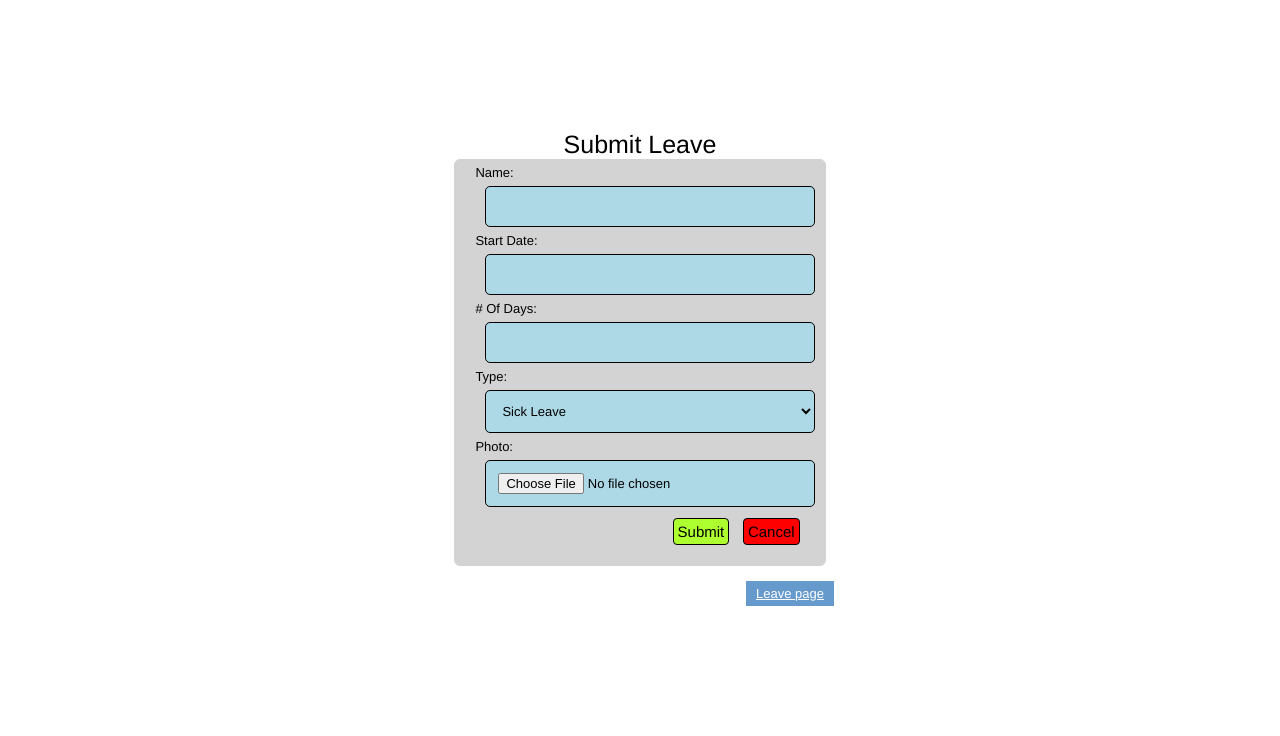
Repository: Murad71/BasicCRUD
Page: index.html
The author's editor kept a copy of each file at every save. The page is drawn from the files as they stood at one save, then again after the next save.
The browser window is 1280 px wide. The pictures show the whole page.

Above is the page before, as saved 2023-04-18 21:40:44.

### index.html
<!DOCTYPE html>
<html lang="en">
  <head>
    <meta charset="UTF-8" />
    <meta http-equiv="X-UA-Compatible" content="IE=edge" />
    <meta name="viewport" content="width=device-width, initial-scale=1.0" />
    <link rel="stylesheet" href="index.css" />
    <title>Leave Request</title>
  </head>
  <body>
    <div class="flex1">
      <form id="form1">
        <header>Submit Leave</header>
        <div class="container">
          <label for="name">Name:</label>
          <input type="text" id="name" name="name" />
          <br />
          <label for="startdate">Start Date:</label>
          <input type="text" id="startdate" name="startdate" />
          <br />
          <label for="days"># Of Days:</label>
          <input type="text" id="days" name="days" />
          <br />
          <label for="leaves">Type:</label>
          <select id="leave" name="leaves" required>
            <option value="Sick leave">Sick Leave</option>
            <option value="Early leave">Early Leave</option>
            <option value="Vacation leave">Vacation Leave</option>
            <option value="Other">Other</option>
          </select>
          <br />
          <label for="photo">Photo:</label>
          <input type="file" id="photo" name="photo"/>
          <div class="button-container">
            <input type="submit" value="Submit" id="submitButton"/>
            <input type="reset" value="Cancel" class="cancel" />
          </div>
        </div>
      </form>
      <div class="anchorContainer">
        <a href="index1.html"> Leave page</a>
        <!--Added the hyperlink here-->
      </div>
    </div>
    <script src="script.js"></script>
  </body>
</html>

### index.css
* {
  box-sizing: border-box;
  font-family: "Franklin Gothic Medium", "Arial Narrow", Arial, sans-serif;
  font-size: small;
}

.flex1
{
  align-items: center;
  display: flex;
  justify-content: center;
  height: 100vh;
  flex-direction: column;

}

.container {
  background-color: lightgray;
  padding: 5px 20px 15px 20px;
  border: 1px solid lightgray;
  border-radius: 6px;
  flex-direction: column;
  margin-bottom: 15px;
  width: 100%;
}

header {
  font-size: 25px;
  text-align: center;
}

input[type="text"],
input[type="file"],
select,
textarea {
  width: 100%;
  padding: 12px;
  margin: 6px;
  border: 1px solid;
  border-radius: 5px;
  margin-left: 10px;
  background-color: lightblue;
}

.button-container {
  text-align: right;
}

input[type="submit"],
input[type="reset"] {
  font-size: 15px;
  border: 1px solid;
  margin: 5px;
  padding: 4px;
  background-color: greenyellow;
  border-radius: 4px;
}

input[type="reset"].cancel {
  background-color: red;
}

.anchorContainer {
  margin-left: 300px;
}

a {
  display: inline-block;
  background: #69c;
  color: #fff;
  padding: 5px 10px;
}

### script.js
let storage=JSON.parse(localStorage.getItem('store')) || [];
let index=JSON.parse(localStorage.getItem('rIndex')) || null;
const submitButtonCatch=document.getElementById("submitButton");
const img= new Image();

//after clicking the submit button
submitButtonCatch.addEventListener("click",() =>{
    const form=document.getElementById("form1");
    let object={};
    let flag=true;

    object["id"]= Date.now();
    for(let i=0;i<form.length;i++)
    {
        if(form.elements[i].name=="photo")
        {
            object[form.elements[i].name]= img.src;
        }
        else
        {
            object[form.elements[i].name]=form.elements[i].value;
        }
        if(form.elements[i].value=='')
        {
            flag=false;
            alert("WARNING: Fill all the given Input correctly.");
            break;
        }
        if(form.elements[i].name=="days" && (form.elements[i].value>7 || form.elements[i].value<1))
        {
            flag=false;
            alert("WARNING: Enter a valid number for vacation");
            break;
        }
    }

    if(flag)
    {
        alert("Your data has been submitted Successfully!!");
        if(index!=null)
        {
            storage[index]=object;
            index=null;
        }
        else storage.push(object);


        localStorage.setItem('store',JSON.stringify(storage));
        localStorage.setItem('rIndex',JSON.stringify(index));
        form.reset();
    }
});


//base64 conversion
const fileEl= document.getElementById('photo');
fileEl.addEventListener('change', () =>{

    const fr= new FileReader();
    fr.readAsDataURL(fileEl.files[0]);

    fr.addEventListener('load', ()=>{

        const url= fr.result;
        img.src= url;

    });

});


console.log(storage);



// let submitButtonClicked=document.getElementById("submitButton");
// let indx=0;
// let flag= true;
// let obj={};

// submitButtonClicked.addEventListener('click',() =>{

//     const form= document.getElementById('form1');
//     obj["id"]= indx;
//     indx++;
//     for(let i=0; i<form.length; i++)
//     {
//         obj[form.elements[i].name]=form.elements[i].value;
//         if(form.elements[i].value=='')
//         {
//             flag=false;
//             alert("WARNING: Fill all the given Input correctly.");
//             break;
//         }
//         if(form.elements[i].name=="days" && (form.elements[i].value>7 || form.elements[i].value<1))
//         {
//             flag=false;
//             alert("WARNING: Enter a valid number for vacation");
//             break;
//         }
//     }

//     if(flag)
//     {
//         alert("Data entered successfully!");
//         insertData();
//     }

// });


// function intertData()
// {
//     const table = document.getElementsByClassName("tbody1")[0];
//           var row=document.createElement('tr');
//            row.innerHTML = `<td>${obj.name}</td>
//                 <td>${obj.startdate}</td>
//                 <td>${obj.days}</td>
//                 <td>${obj.leaves}</td>
//                 <td><img id="img" src=${obj.photo} alt=""></td>
//                 <td><a href="index.html" id="edit">Edit</a> <input type='button' value= 'Reject' name=${obj.id} id="reject"/></td>`;
//             table.appendChild(row);
// }

After the next save:
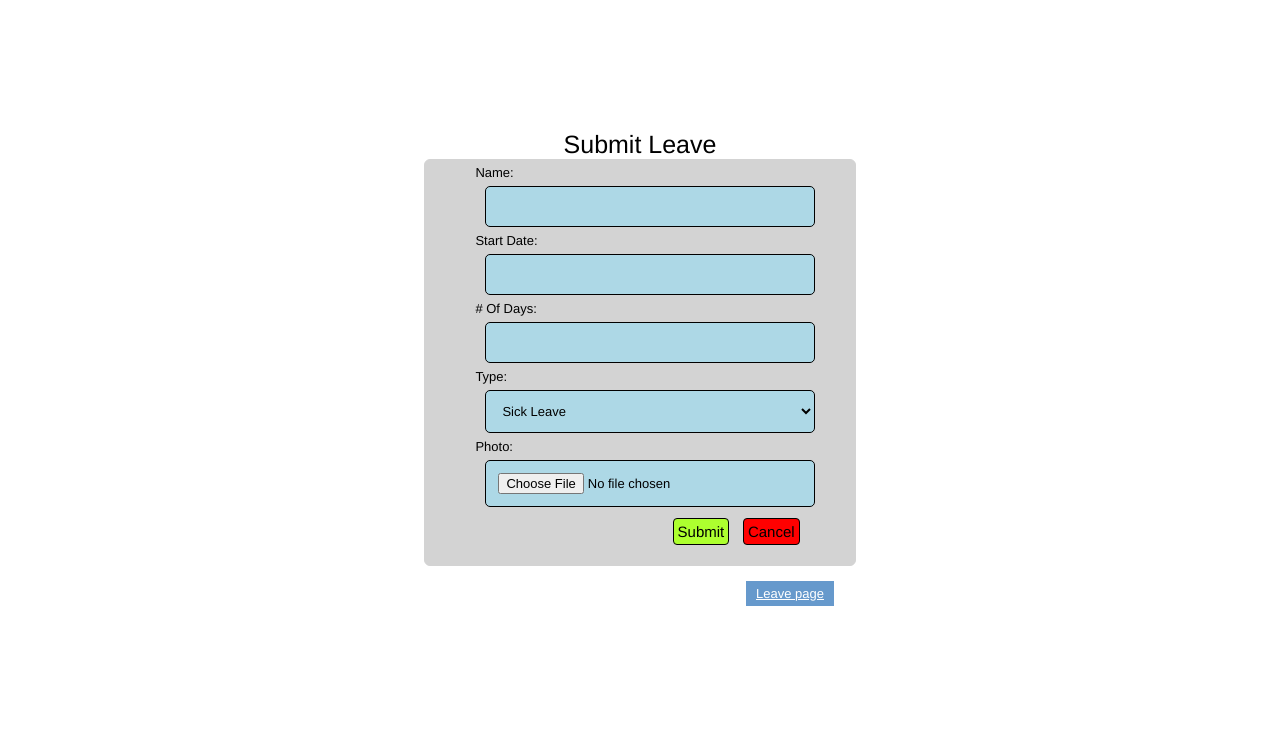
Saved 2 min 15 s later.
--- a/index.css
+++ b/index.css
@@ -11,12 +11,11 @@
   justify-content: center;
   height: 100vh;
   flex-direction: column;
-
 }
 
 .container {
   background-color: lightgray;
-  padding: 5px 20px 15px 20px;
+  padding: 5px 50px 15px 50px;
   border: 1px solid lightgray;
   border-radius: 6px;
   flex-direction: column;
